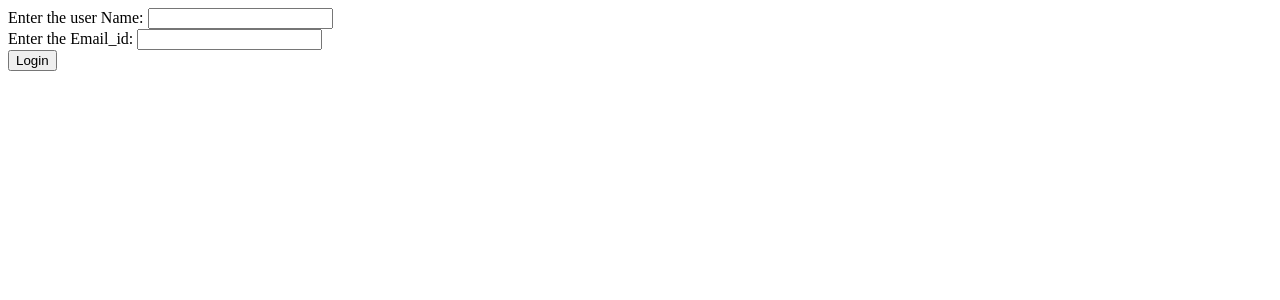
Repository: madhuri777/jdbc
Page: WebPage/WebContent/index.html
The author's editor kept a copy of each file at every save. The page is drawn from the files as they stood at one save, then again after the next save.
The browser window is 1280 px wide. The pictures show the whole page.

Above is the page before, as saved 2018-05-22 11:34:14.

After the next save:
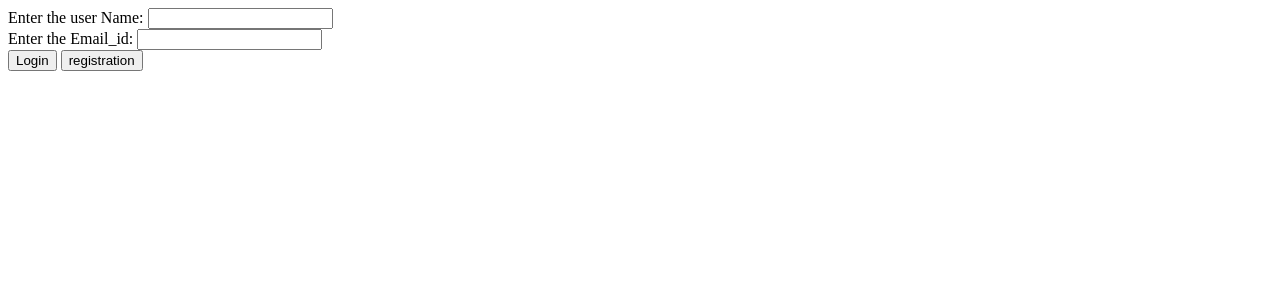
Saved 12 min 20 s later.
--- a/WebPage/WebContent/index.html
+++ b/WebPage/WebContent/index.html
@@ -9,6 +9,7 @@
 Enter the user Name: <input type="text" value="" name="userName"><br>
 Enter the Email_id: <input type="email" value="" name="email"><br>
 <input type="submit" value="Login">
+<input type="submit" value="registration">
 </form>
 
 </body>
